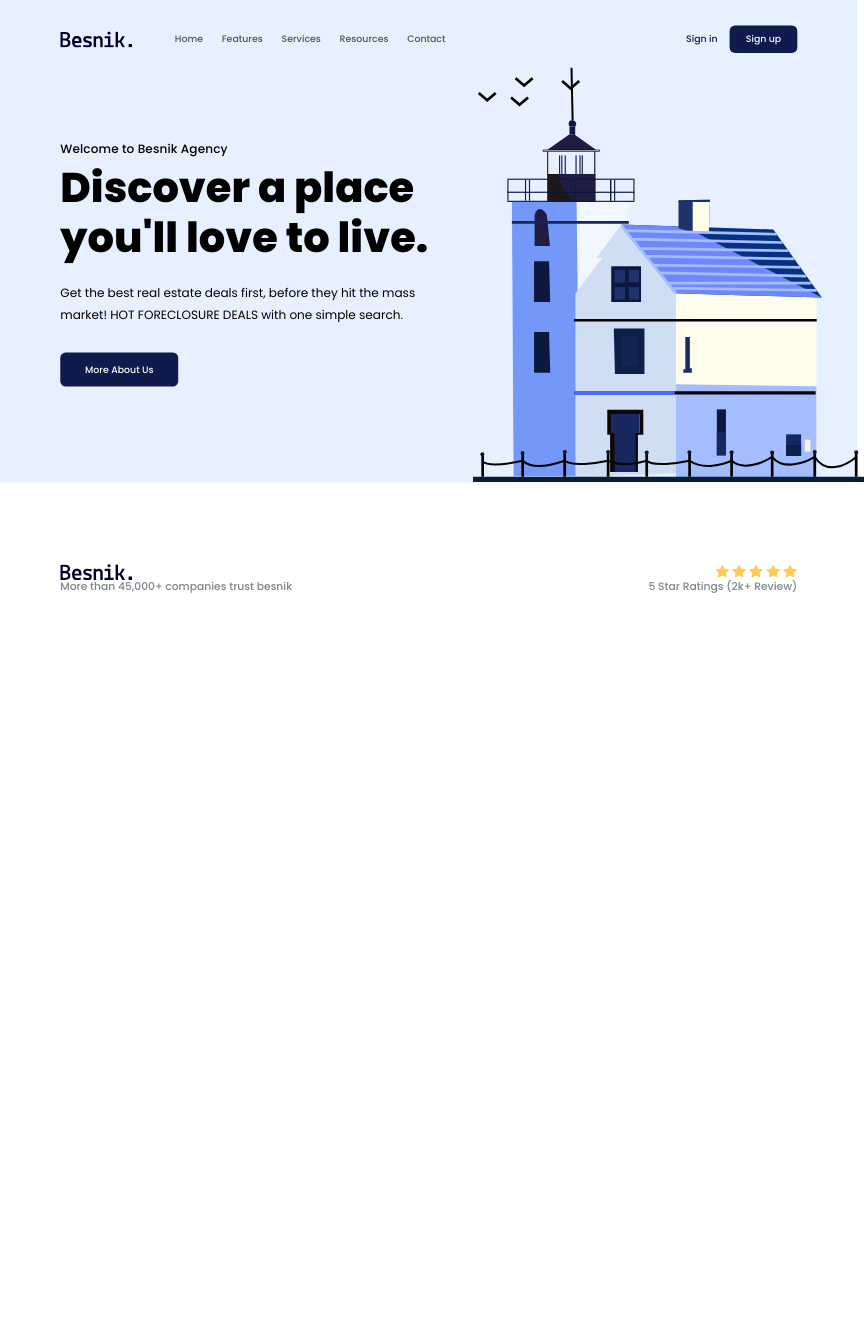
Repository: ducvui2003/f8-project-01
Page: index.html
An editor plug-in stored every save of this project. The page is shown before and after the next save, followed by the edit.
The browser window is 1280 px wide. The page is 1290 px wide, so the pictures cover 1290 px, including what lies to the right of the window. The pictures show the whole page, at 67% of full size.

Above is the page before, as saved 2023-06-16 20:06:17.

After the next save:
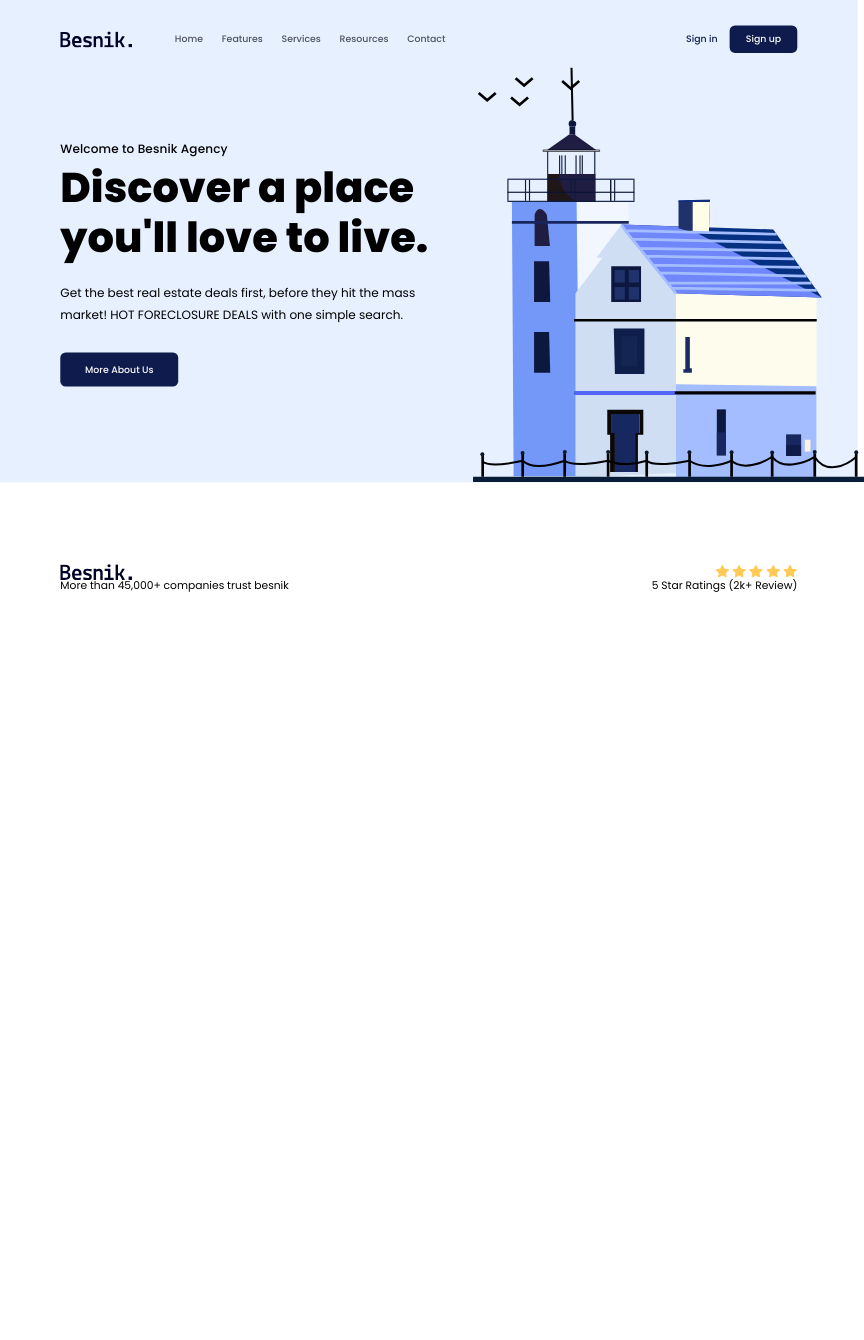
Saved 7 s later.
--- a/asset/css/styles.css
+++ b/asset/css/styles.css
@@ -132,7 +132,7 @@
   justify-content: space-between;
   align-items: center;
 }
-.clients .row p {
+.clients desc {
   font-style: normal;
   font-weight: 500;
   font-size: 1.6rem;
